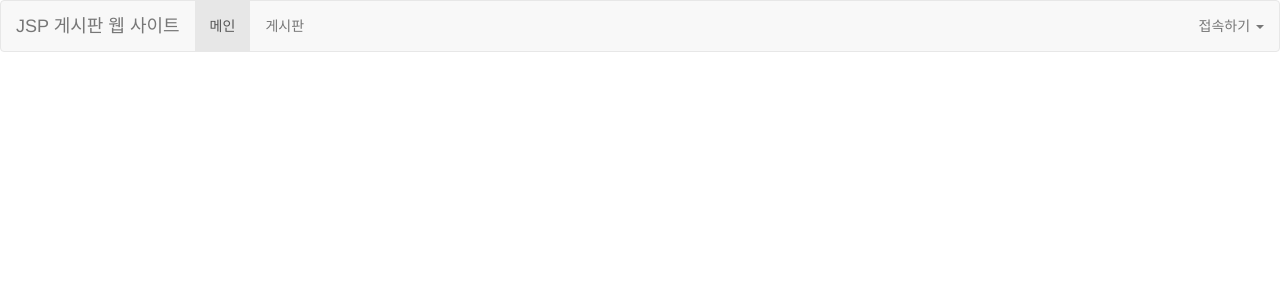
Repository: GorillaDunk/JSP
Page: http://localhost/BBS/bbs.jsp
An editor plug-in stored every save of this project. The page is shown before and after the next save, followed by the edit.
The browser window is 1280 px wide. The pictures show the whole page.
Some web libraries are served in a nearby version. The page is served by Tomcat 9. Other server files are loaded and not shown.

Above is the page before, as saved 2023-10-14 11:35:46.

### projects/BBS/src/main/webapp/bbs.jsp
<%@ page language="java" contentType="text/html; charset=UTF-8"
    pageEncoding="UTF-8"%>

<%@ page import="java.io.PrintWriter" %>
<!DOCTYPE html>
<html>
<head>
	<meta charset="UTF-8">
	<meta name="viewport" content="width=device-width", initial-scale="1">
	<link rel="stylesheet" href="css/bootstrap.css">
	<title>JSP 게시판 웹 사이트</title>
</head>
<body>

<%
	String userID = null;
	if(session.getAttribute("userID") != null){
		userID = (String)session.getAttribute("userID");
	}
%>

<!-- navbar -->
	<nav class="navbar navbar-default">
		<div class="navbar-header">
			<button type="button" class="navbar-toggle collapsed"
				data-toggle="collapse" data-target="#bs-example-navbar-collapse-1" aria-expanded="false">
				<!-- 이 녀석이 오른쪽에 화면을 줄였을 때 나오는 줄 -->
				<span class="icon-bar"></span>
				<span class="icon-bar"></span>
				<span class="icon-bar"></span>
			</button>
		<a class="navbar-brand" href="main.jsp"> JSP 게시판 웹 사이트 </a>
		</div>



		<div class="collapse navbar-collapse" id="bs-example-navbar-collapse-1">
			<ul class="nav navbar-nav">
				<li class="active"> <a href="main.jsp">메인</a></li>
				<li> <a href="bbs.jsp">게시판</a></li>
			</ul>

		<%
		if(userID == null){
		%>
			<ul class="nav navbar-nav navbar-right">
				<li class="dropdown">
					<a href="#" class="dropdown-toggle"
					data-toggle="dropdown" role="button" aria-haspopup="true" aria-expanded="false"> 접속하기 <span class="caret"></span></a>

					<ul class="dropdown-menu">
						<li class="active"><a href="login.jsp">로그인</a></li>
						<li> <a href="join.jsp">회원가입</a></li>
					</ul>
				</li>
			</ul>


		<%}else{%>
		<ul class="nav navbar-nav navbar-right">
				<li class="dropdown">
					<a href="#" class="dropdown-toggle"
					data-toggle="dropdown" role="button" aria-haspopup="true" aria-expanded="false"> 회원관리 <span class="caret"></span></a>
					<ul class="dropdown-menu">
						<li> <a href="logoutAction.jsp">로그아웃</a></li>
					</ul>
				</li>
			</ul>

		<%}%>

		</div>
	</nav>




	<script src="https://code.jquery.com/jquery-3.1.1.min.js"></script>
	<script src="js/bootstrap.js"></script>


</body>
</html>

Loaded but not shown: projects/BBS/src/main/webapp/css/bootstrap.css (library); projects/BBS/src/main/webapp/js/bootstrap.js (library)

After the next save:
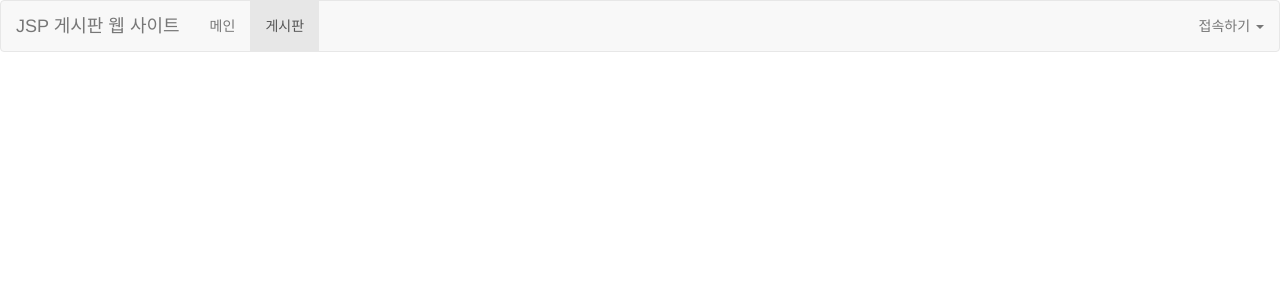
Saved 118 s later.
--- a/projects/BBS/src/main/webapp/bbs.jsp
+++ b/projects/BBS/src/main/webapp/bbs.jsp
@@ -36,8 +36,8 @@
 
 		<div class="collapse navbar-collapse" id="bs-example-navbar-collapse-1">
 			<ul class="nav navbar-nav">
-				<li class="active"> <a href="main.jsp">메인</a></li>
-				<li> <a href="bbs.jsp">게시판</a></li>
+				<li > <a href="main.jsp">메인</a></li>
+				<li class="active"> <a href="bbs.jsp">게시판</a></li>
 			</ul>
 
 		<%
